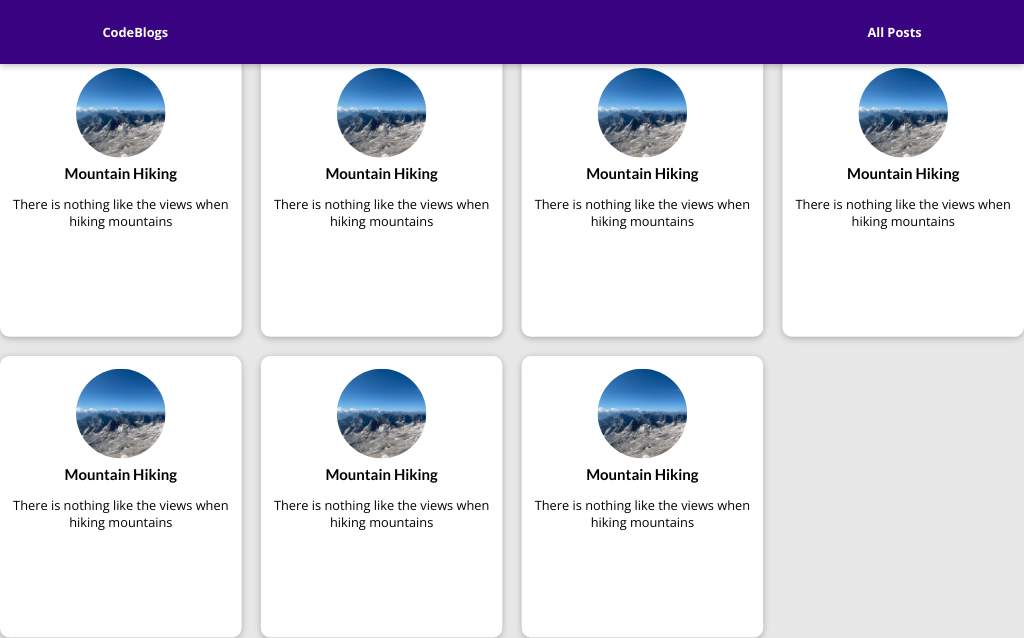
Repository: harshagr64/codeblogs
Page: http://localhost/posts
An editor plug-in stored every save of this project. The page is shown before and after the next save, followed by the edit.
The browser window is 1280 px wide. The pictures show the whole page, at 80% of full size.
The page is served by the project's application, run on Django 3.2 (manage.py). Other server files are loaded and not shown.

Above is the page before, as saved 2021-08-21 11:13:32.

### codeblogs/blog/templates/blog/all-posts.html
{% extends 'base.html' %}
{% load static %}

{% load static %}
{% block title %}All Posts{% endblock %}

{% block css_files %}
    {% comment %} <link rel="stylesheet" href="{% static "blog/index.css" %}"> {% endcomment %}
    <link rel="stylesheet" href="{% static "blog/posts.css" %}">
    <link rel="stylesheet" href="{% static "blog/all-posts.css" %}">

{% endblock css_files %}


{% block content %}
    <section>
        <h2>My Posts</h2>
        <ul>
            {% include "blog/includes/post.html" %}
            {% include "blog/includes/post.html" %}
            {% include "blog/includes/post.html" %}
            {% include "blog/includes/post.html" %}
            {% include "blog/includes/post.html" %}
            {% include "blog/includes/post.html" %}
            {% include "blog/includes/post.html" %}


        </ul>
    </section>

{% endblock content %}

### codeblogs/templates/base.html
{% load static %}

<!DOCTYPE html>
<html lang="en">
  <head>
    <meta charset="UTF-8" />
    <meta http-equiv="X-UA-Compatible" content="IE=edge" />
    <meta name="viewport" content="width=device-width, initial-scale=1.0" />
    <title>{% block title %}CodeBlogs{% endblock %}</title>
    <link rel="stylesheet" href="{% static "app.css" %}">
    {% block css_files %}{% endblock %}
  </head>
  <body>
  <header id="main-navigation">
        <a href = "">CodeBlogs</a>

        <nav>
            <a href = "">All Posts</a>
        </nav>
    </header>
  {% block content %}{% endblock %}
  </body>
</html>

### codeblogs/blog/templates/blog/includes/post.html
{% load static %}

<li>
  <article class="post">
    <a href="">
      <img
        src="{% static 'blog/images/mountains.jpg' %}"
        alt="Mountain Hiking"
      />
      <div class="post__content">
        <h3>Mountain Hiking</h3>
        <p>There is nothing like the views when hiking mountains</p>
      </div>
    </a>
  </article>
</li>

### codeblogs/blog/views.py
from django.shortcuts import render


def starting_page(request):
    return render(request, "blog/index.html")


def posts(request):
    return render(request, "blog/all-posts.html")


def post_detail(request):
    pass

### codeblogs/codeblogs/urls.py
"""codeblogs URL Configuration

The `urlpatterns` list routes URLs to views. For more information please see:
    https://docs.djangoproject.com/en/3.2/topics/http/urls/
Examples:
Function views
    1. Add an import:  from my_app import views
    2. Add a URL to urlpatterns:  path('', views.home, name='home')
Class-based views
    1. Add an import:  from other_app.views import Home
    2. Add a URL to urlpatterns:  path('', Home.as_view(), name='home')
Including another URLconf
    1. Import the include() function: from django.urls import include, path
    2. Add a URL to urlpatterns:  path('blog/', include('blog.urls'))
"""
from django.contrib import admin
from django.urls import path, include

urlpatterns = [
    path('admin/', admin.site.urls),
    path('', include("blog.urls") )
]

### codeblogs/blog/urls.py
from django.urls import path
from . import views

urlpatterns = [
    path("", views.starting_page, name="starting-page"),
    path("posts", views.posts, name="post-page"),
    path("posts/<slug:slug>", views.post_detail, name="post-detail-page")
]

### codeblogs/static/app.css
@import url("https://fonts.googleapis.com/css2?family=Lato:wght@400;700&family=Open+Sans:wght@400;700&display=swap");

* {
  box-sizing: border-box;
}

html {
  font-family: "Open Sans", "Lato", sans-serif;
}

body {
  margin: 0;
}

h1,
h2,
h3 {
  font-family: "Lato", sans-serif;
  font-weight: bold;
}

#main-navigation {
  width: 100%;
  height: 5rem;
  display: flex;
  justify-content: space-between;
  align-items: center;
  padding: 0 10%;
  position: absolute;
  top: 0;
  left: 0;
}

#main-navigation a {
  text-decoration: none;
  color: white;
  font-weight: bold;
}

#main-navigation a:hover,
#main-navigation a:active {
  color: #cf79f1;
}

#main-navigation h1 a:hover,
#main-navigation h1 a:active {
  color: white;
}

### codeblogs/blog/static/blog/posts.css
.post {
    display: flex;
    flex-direction: column;
    align-items: center;
    text-align: center;
  }

  .post a {
    text-decoration: none;
    color: black;
    transition: all 0.2s ease;
    padding: 1rem;
  }

  .post a:hover,
  .post a:active {
    transform: scale(1.1);
    background-color: #390281;
    color: white;
  }

  .post img {
    width: 5rem;
    height: 5rem;
    object-fit: cover;
    border-radius: 50%;
  }

  .post h3 {
    margin: 0.25rem 0;
  }

  .post time {
    color: #666666;
    margin: 0.25rem;
    font-style: italic;
    font-size: 0.85rem;
  }

  .post:hover time,
  .post:active time {
    color: white;
  }

Loaded but not shown: codeblogs/blog/static/blog/all-posts.css (common file)

After the next save:
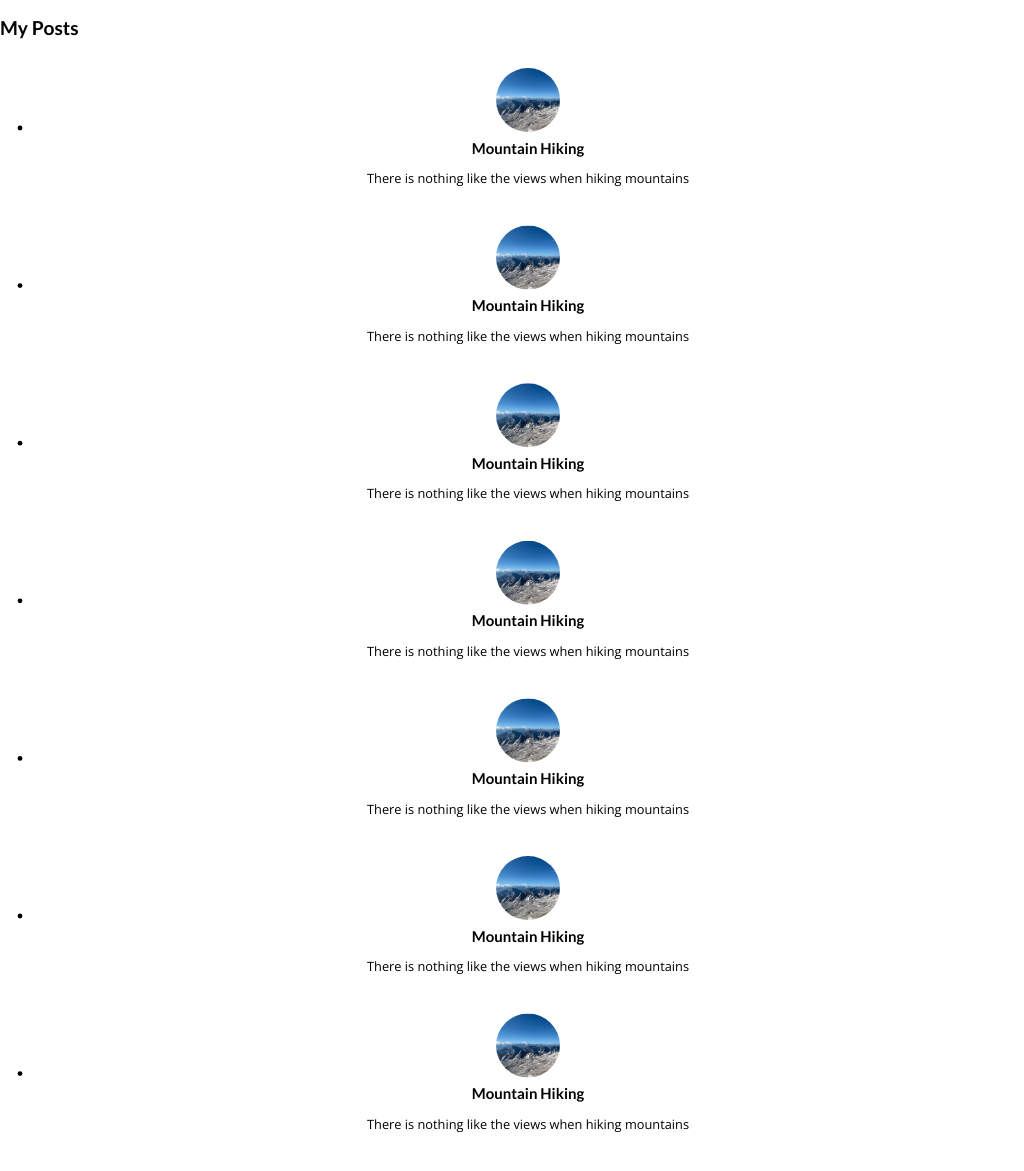
Saved 28 s later.
--- a/codeblogs/blog/templates/blog/all-posts.html
+++ b/codeblogs/blog/templates/blog/all-posts.html
@@ -7,7 +7,7 @@
 {% block css_files %}
     {% comment %} <link rel="stylesheet" href="{% static "blog/index.css" %}"> {% endcomment %}
     <link rel="stylesheet" href="{% static "blog/posts.css" %}">
-    <link rel="stylesheet" href="{% static "blog/all-posts.css" %}">
+
 
 {% endblock css_files %}
 
